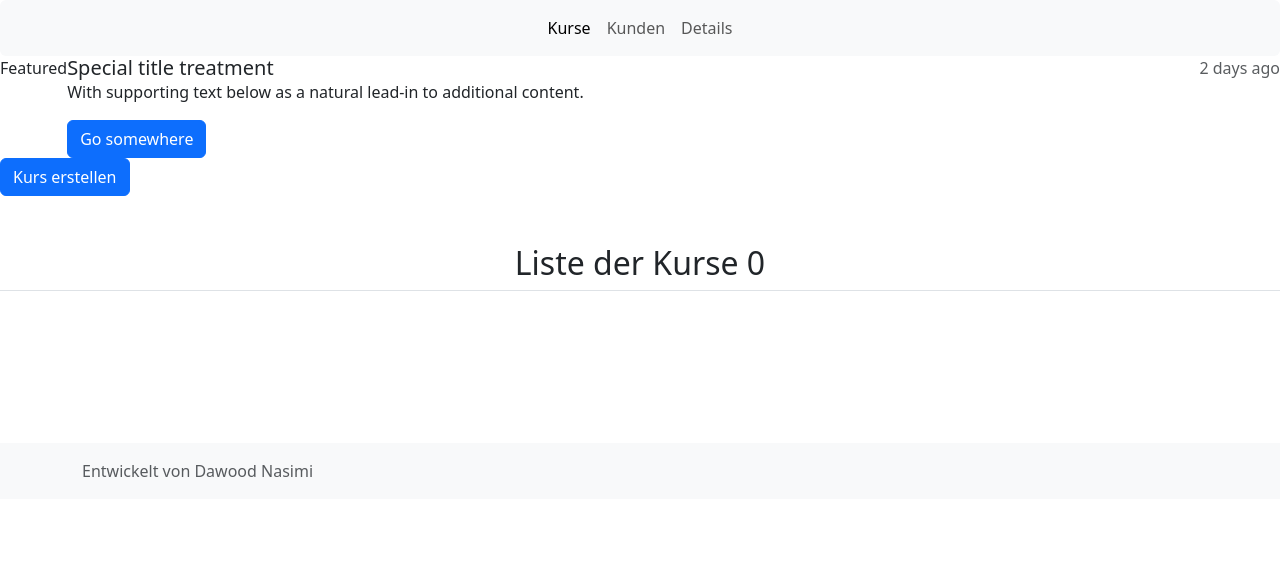
Repository: Dawoodnasimi/kurse
Page: templates/kurse/index.html.twig
An editor plug-in stored every save of this project. The page is shown before and after the next save, followed by the edit.
The browser window is 1280 px wide. The pictures show the whole page.
The page is a Twig template of a Symfony application; nobody is signed in and links lead nowhere. The template is opened directly, without the code that normally fills it, so the values that code supplies are empty.

Above is the page before, as saved 2023-10-23 20:53:43.

After the next save:
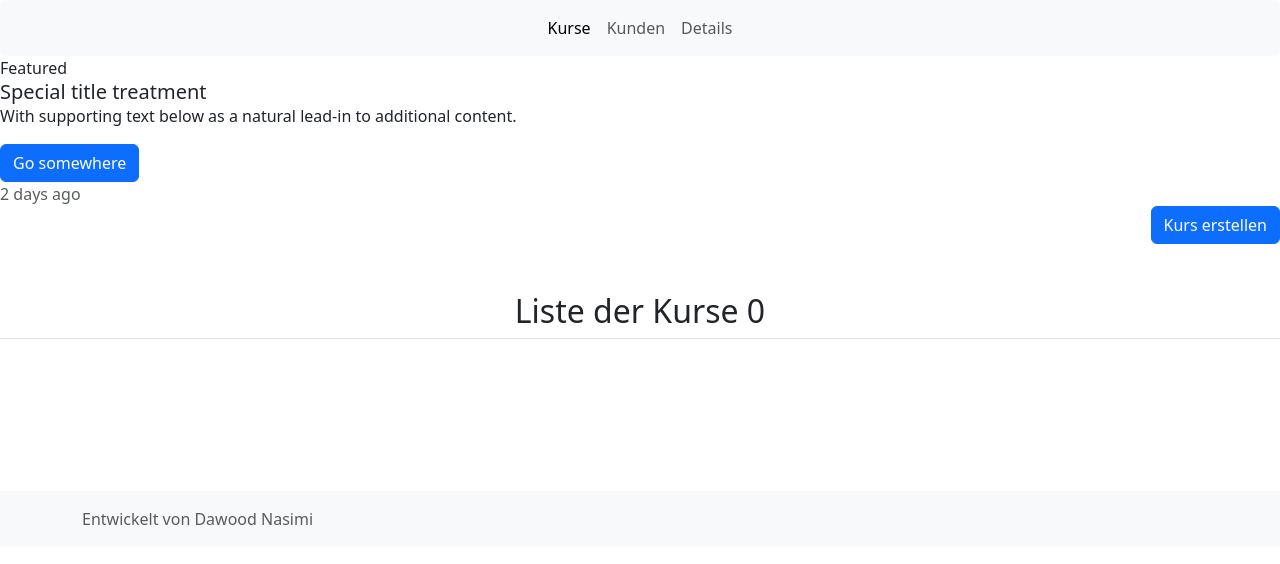
Saved 15 s later.
--- a/templates/kurse/index.html.twig
+++ b/templates/kurse/index.html.twig
@@ -4,7 +4,6 @@
 {% endblock %}
 
 {% block body %}
-<div class="d-flex justify-content-end">
 
 <div class="card-header">
     Featured
@@ -18,6 +17,10 @@
     2 days ago
   </div>
 </div>
+
+<div class="d-flex justify-content-end">
+
+
 		<a href="{{ path('app_kurse') }}/erstellen" class="btn btn-primary btn-md">Kurs erstellen</a>
 		</div>
 
